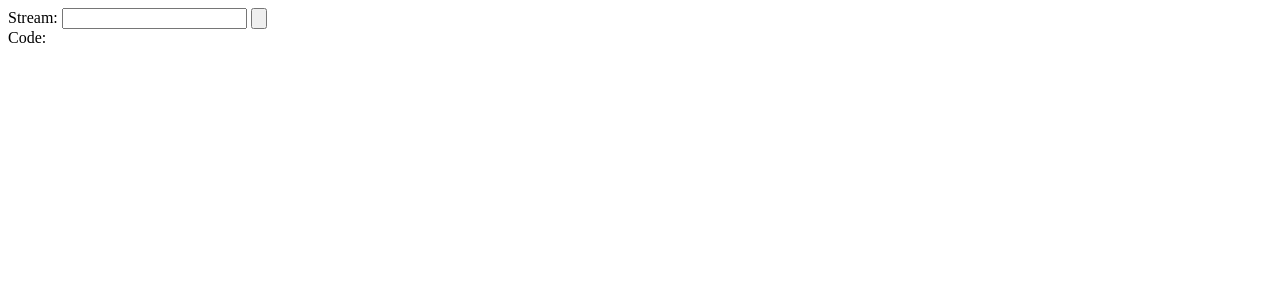
Repository: prashant4nov/CodeApp
Page: webapp/CodeApp/WebContent/index.html
An editor plug-in stored every save of this project. The page is shown before and after the next save, followed by the edit.
The browser window is 1280 px wide. The pictures show the whole page.
Some web libraries are served in a nearby version.

Above is the page before, as saved 2017-01-13 19:35:28.

After the next save:
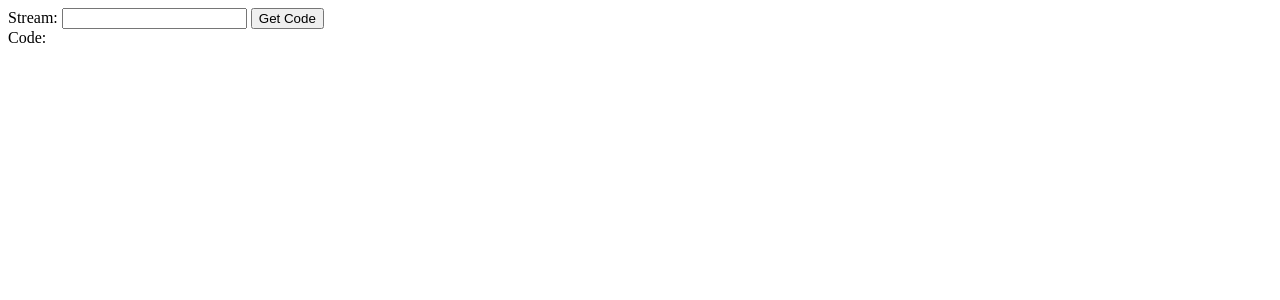
Saved 14 s later.
--- a/webapp/CodeApp/WebContent/index.html
+++ b/webapp/CodeApp/WebContent/index.html
@@ -9,7 +9,7 @@
 
 <form>
 Stream: <input onkeypress="foo(this.form.stream.value)" name="stream" type="text">
-<input type="button" onclick="foo(this.form.stream.value)"/>
+<input type="button" onclick="foo(this.form.stream.value)" value="Get Code" />
 </form>
 
 
